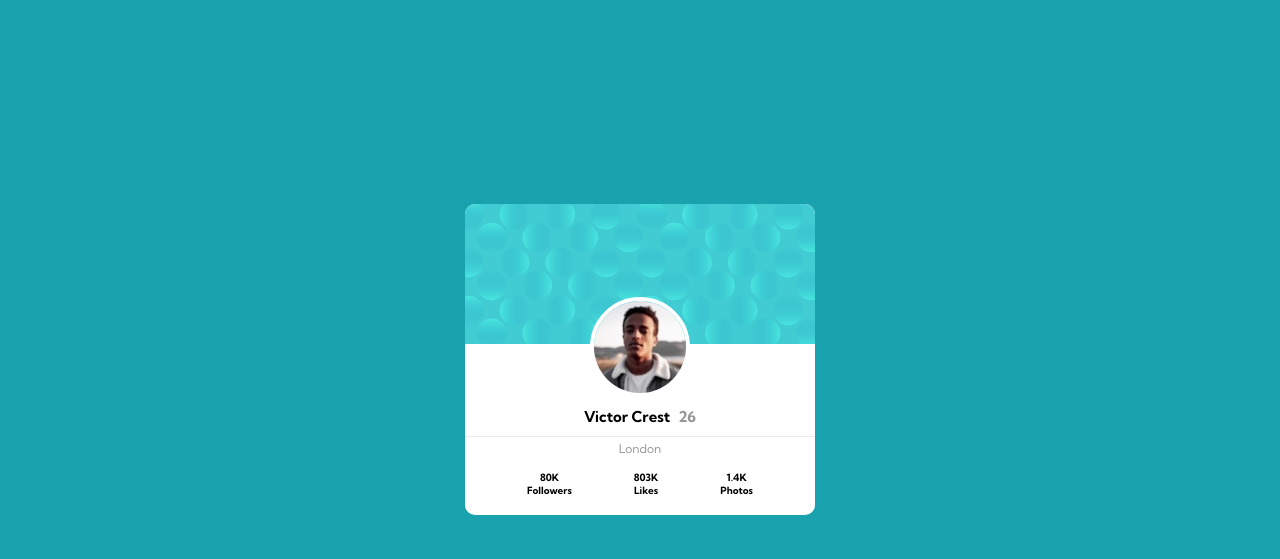
Repository: thaibaocoder1/profile-card-component-main
Page: index.html
An editor plug-in stored every save of this project. The page is shown before and after the next save, followed by the edit.
The browser window is 1280 px wide. The pictures show the whole page.

Above is the page before, as saved 2023-01-11 14:07:00.

### index.html
<!DOCTYPE html>
<html lang="en">
<head>
  <meta charset="UTF-8">
  <meta name="viewport" content="width=device-width, initial-scale=1.0">
  <link rel="icon" type="image/png" sizes="32x32" href="./images/favicon-32x32.png">
  <link rel="preconnect" href="https://fonts.googleapis.com">
  <link rel="preconnect" href="https://fonts.gstatic.com" crossorigin>
  <link href="https://fonts.googleapis.com/css2?family=Kumbh+Sans:wght@400;700&display=swap" rel="stylesheet">
  <title>Frontend Mentor | Profile card component</title>
  <link rel="stylesheet" href="./style.css">
  <!-- Feel free to remove these styles or customise in your own stylesheet 👍 -->
  <style>
    .attribution { font-size: 11px; text-align: center; }
    .attribution a { color: hsl(228, 45%, 44%); }
  </style>
</head>
<body>
  <main class="card">
    <section class="card__wrapper">
      <img src="./images/bg-pattern-card.svg" alt="">
      <section class="card__content">
        <img src="./images/image-victor.jpg" alt="">
        <h2 class="card__bottom--heading">Victor Crest <span>26</span></h2>
        <p class="card__bottom--address">London</p>
        <section class="footer">
            <div class="card__bottom--item">
              <p>80K</p>
              <span>Followers</span>
            </div>
            <div class="card__bottom--item">
              <p>803K</p>
              <span>Likes</span>
            </div>
            <div class="card__bottom--item">
              <p>1.4K</p>
              <span>Photos</span>
            </div>
        </section>
      </section>
    </section>
  </main>
  <!-- <div class="attribution">
    Challenge by <a href="https://www.frontendmentor.io?ref=challenge" target="_blank">Frontend Mentor</a>.
    Coded by <a href="#">Your Name Here</a>.
  </div> -->
</body>
</html>

### style.css
@import url('https://fonts.googleapis.com/css2?family=Kumbh+Sans:wght@400;700&display=swap');
* {
    margin: 0;
    padding: 0;
    box-sizing: border-box;
    border: none;
    outline: none;
}
html {
    font-size: 62.5%;
}
body {
    text-rendering: optimizeLegibility;
    scroll-behavior: smooth;
    font-family: 'Kumbh Sans', sans-serif;
    display: flex;
    align-items: center;
    justify-content: center;
    background-color: var(--dark-cyan);
    height: calc(100vh - 1px)
}
:root {
    --dark-cyan: hsl(185, 75%, 39%);
    --very-dark-blue: hsl(229, 23%, 23%);
    --dark-blue: hsl(227, 10%, 46%);
    --dark-grey: hsl(0, 0%, 59%);
}
.card {
    margin: 0 auto;
    text-align: center;
}
.card__wrapper {
    max-width: 420px;
    background-color: #fff;
    border-radius: 1rem;
    overflow: hidden;
    margin: 1rem;
}
.card__content {
    position: relative;
    padding-top: 6rem;
}
.card__content img {
    width: 10rem;
    height: 10rem;
    border-radius: 50%;
    border: 4px solid #fff;
    position: absolute;
    top: 0;
    left: 50%;
    transform: translate(-50%, -50%);
}
.card__content {
    font-weight: bold;
}
.card__content .card__bottom--heading span {
    color: var(--dark-grey);
    font-weight: 600;
    margin-left: 0.5rem;
}
.card__content .card__bottom--address {
    color: var(--dark-grey);
    padding-block: 1.5rem;
    font-size: 1.2rem;
    font-weight: 500;
}
.card__content::before {
    content: "";
    width: 100%;
    height: 1px;
    background-color: var(--dark-grey);
    opacity: 0.2;
    position: absolute;
    left: 0;
    bottom: 6rem;
}
.footer {
    display: flex;
    justify-content: space-evenly;
    margin-bottom: 1.8rem;
}
.footer .card__bottom--item p {
    color: ;
}

After the next save:
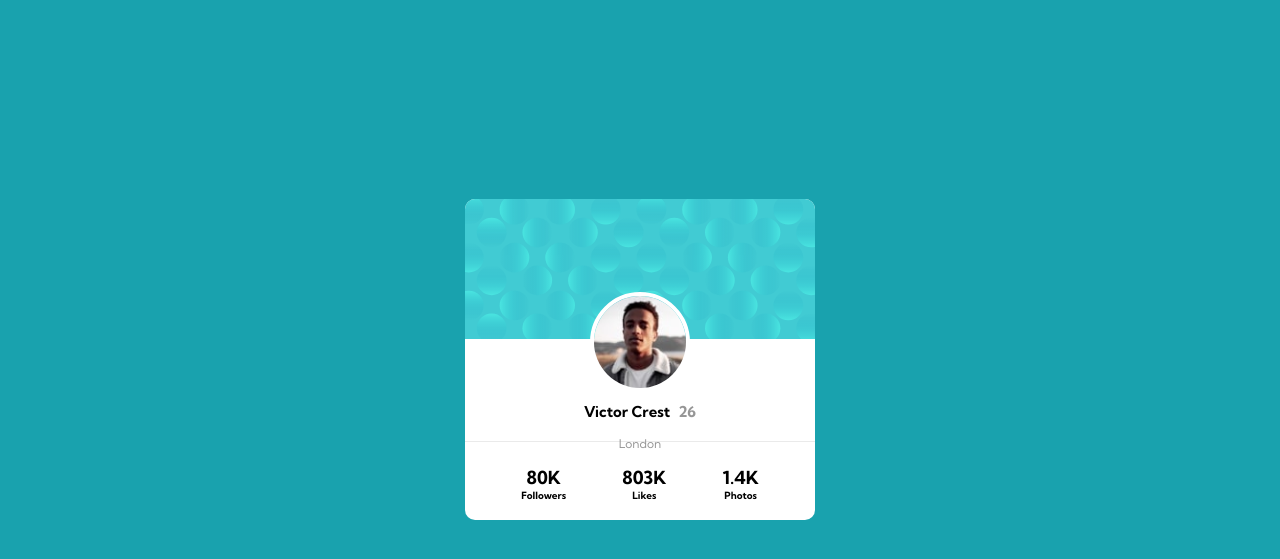
Saved 6 s later.
--- a/style.css
+++ b/style.css
@@ -80,5 +80,5 @@
     margin-bottom: 1.8rem;
 }
 .footer .card__bottom--item p {
-    color: ;
+    font-size: 1.8rem;
 }

After the save that followed:
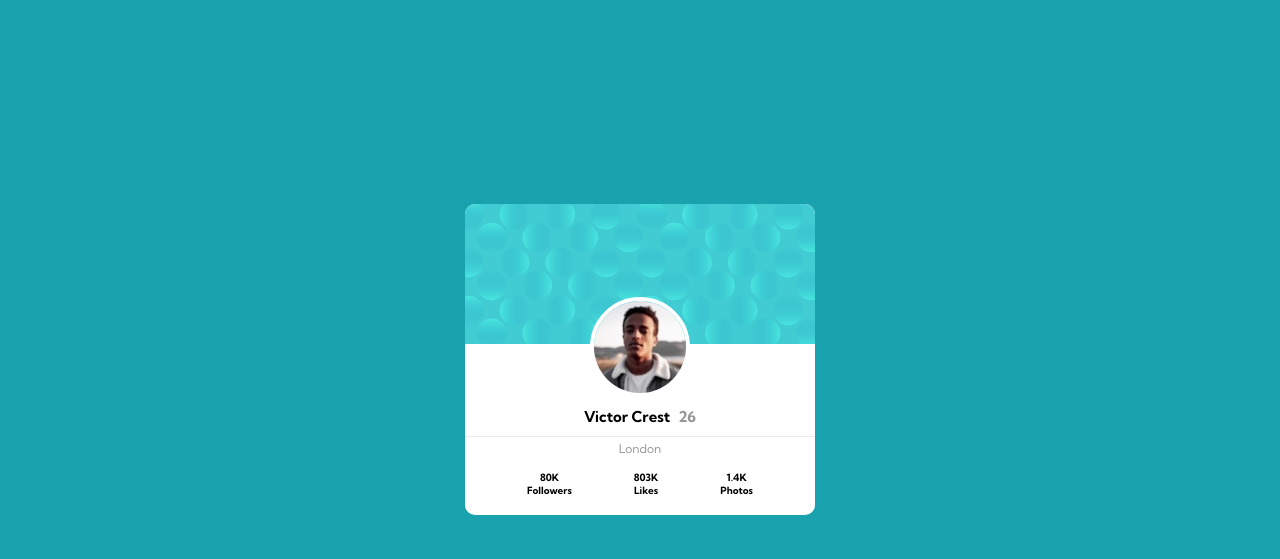
Saved 38 s later.
--- a/style.css
+++ b/style.css
@@ -80,5 +80,5 @@
     margin-bottom: 1.8rem;
 }
 .footer .card__bottom--item p {
-    font-size: 1.8rem;
+    /* font-size: 1.8rem; */
 }
